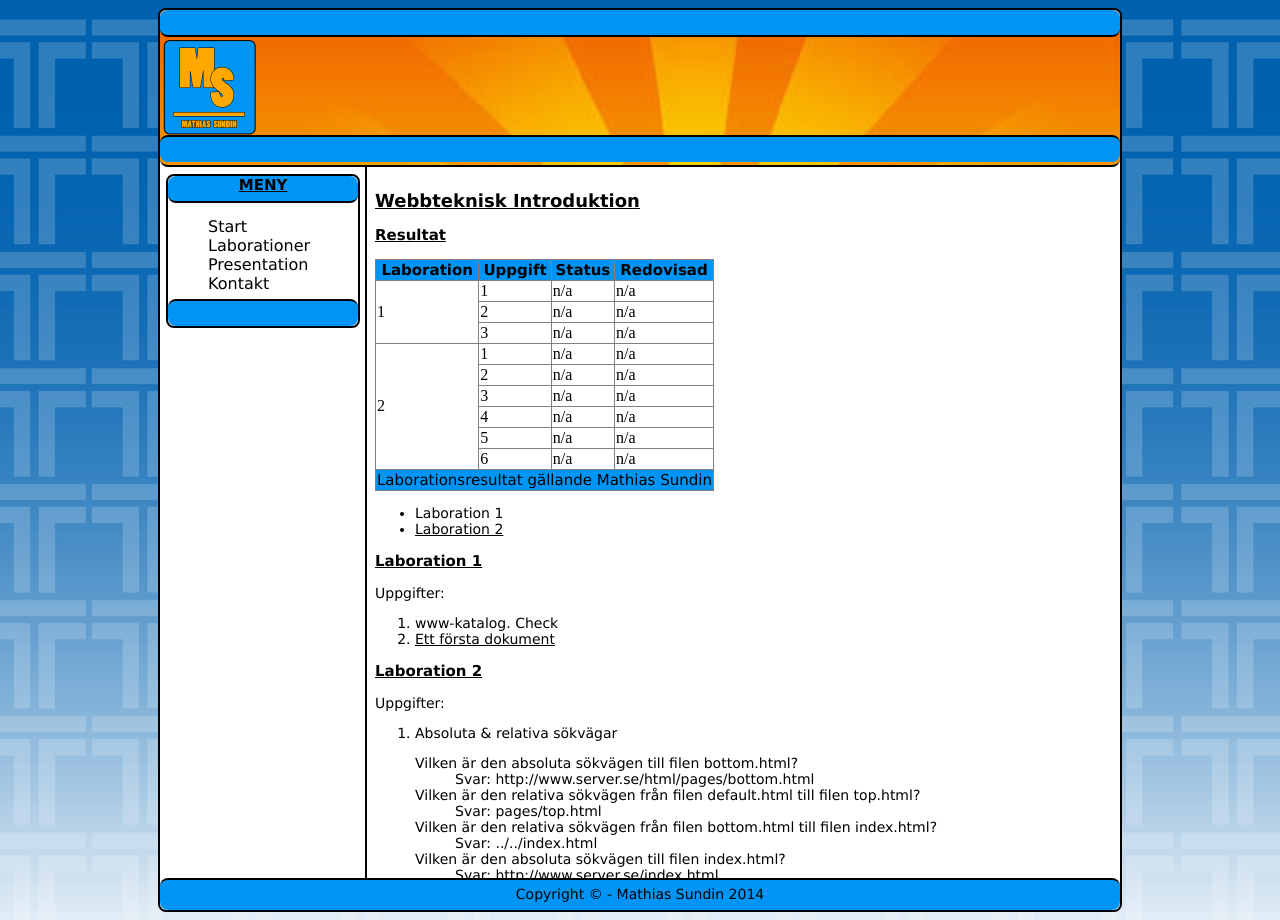
Repository: ms223uh/1ik415-laborationer
Page: www/pages/laborationer.html
The author's editor kept a record of every edit. The page is drawn from the files as they stood at one moment, then again after the next edit.
The browser window is 1280 px wide. The pictures show the whole page.
An inner scrolling area shows only its first screen.

Above is the page before.

After the next edit:
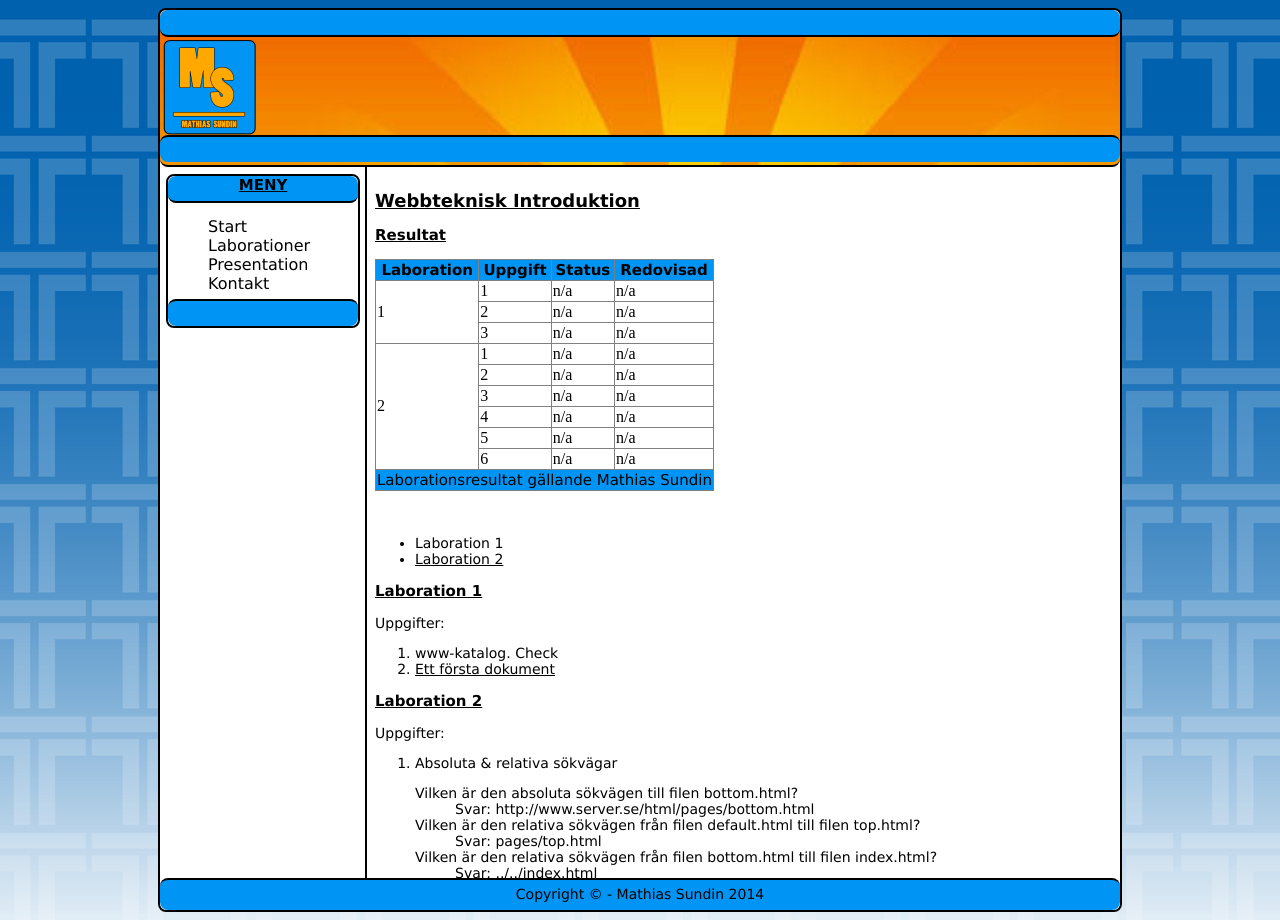
The edit:
--- a/www/pages/laborationer.html
+++ b/www/pages/laborationer.html
@@ -130,7 +130,7 @@
        </table>
 
 
-
+       <p>
         <ul>
         <li>Laboration 1</li>
         <a href="#labb2"><li>Laboration 2</li></a>

After the 2 edits that followed:
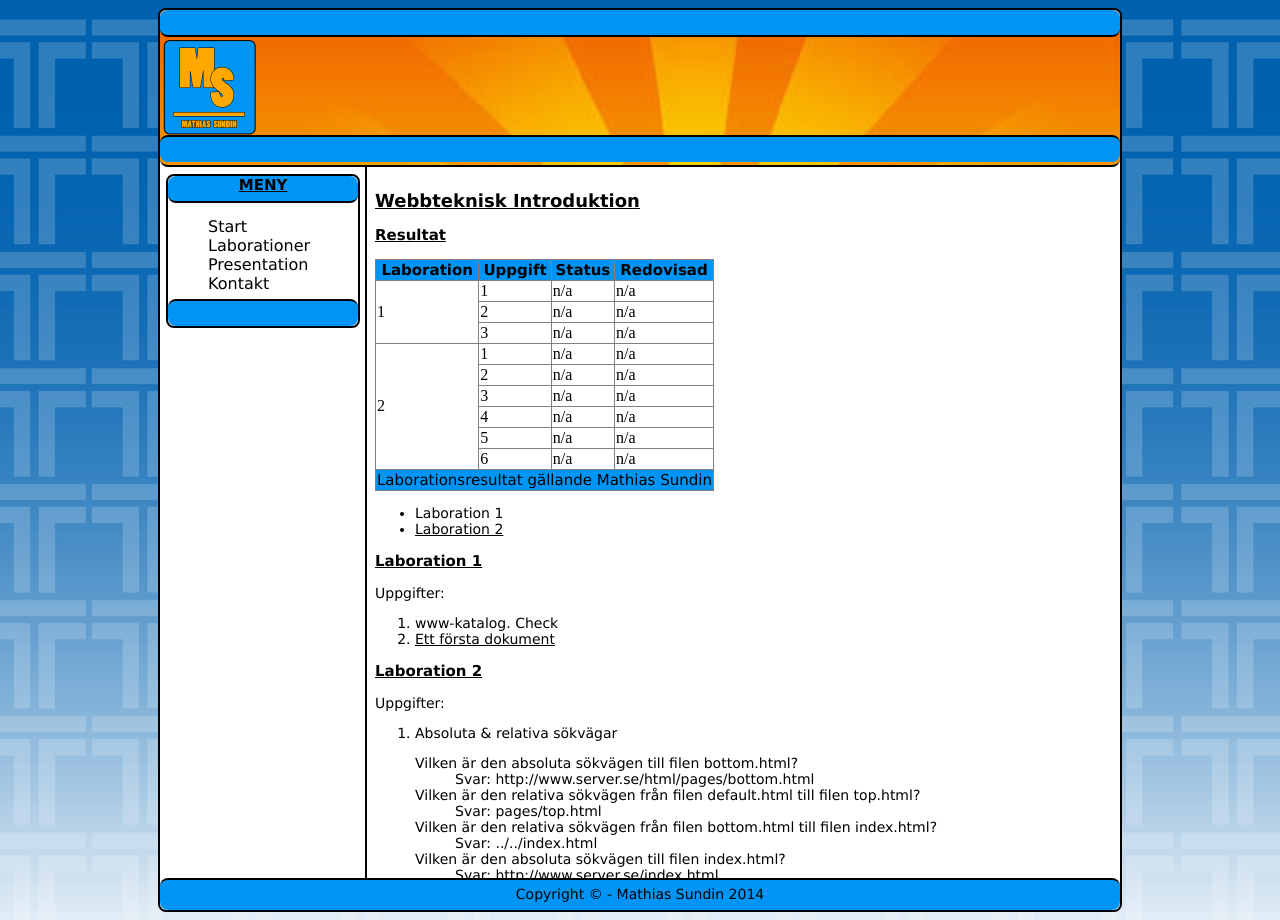
The 2 edits are shown as one change because 1 left the picture as it was.
The edit:
--- a/www/pages/laborationer.html
+++ b/www/pages/laborationer.html
@@ -130,11 +130,13 @@
        </table>
 
 
-       <p>
+
         <ul>
         <li>Laboration 1</li>
         <a href="#labb2"><li>Laboration 2</li></a>
         </ul>
+
+
 
         <h3>Laboration 1</h3>
         <p>Uppgifter:</p>
